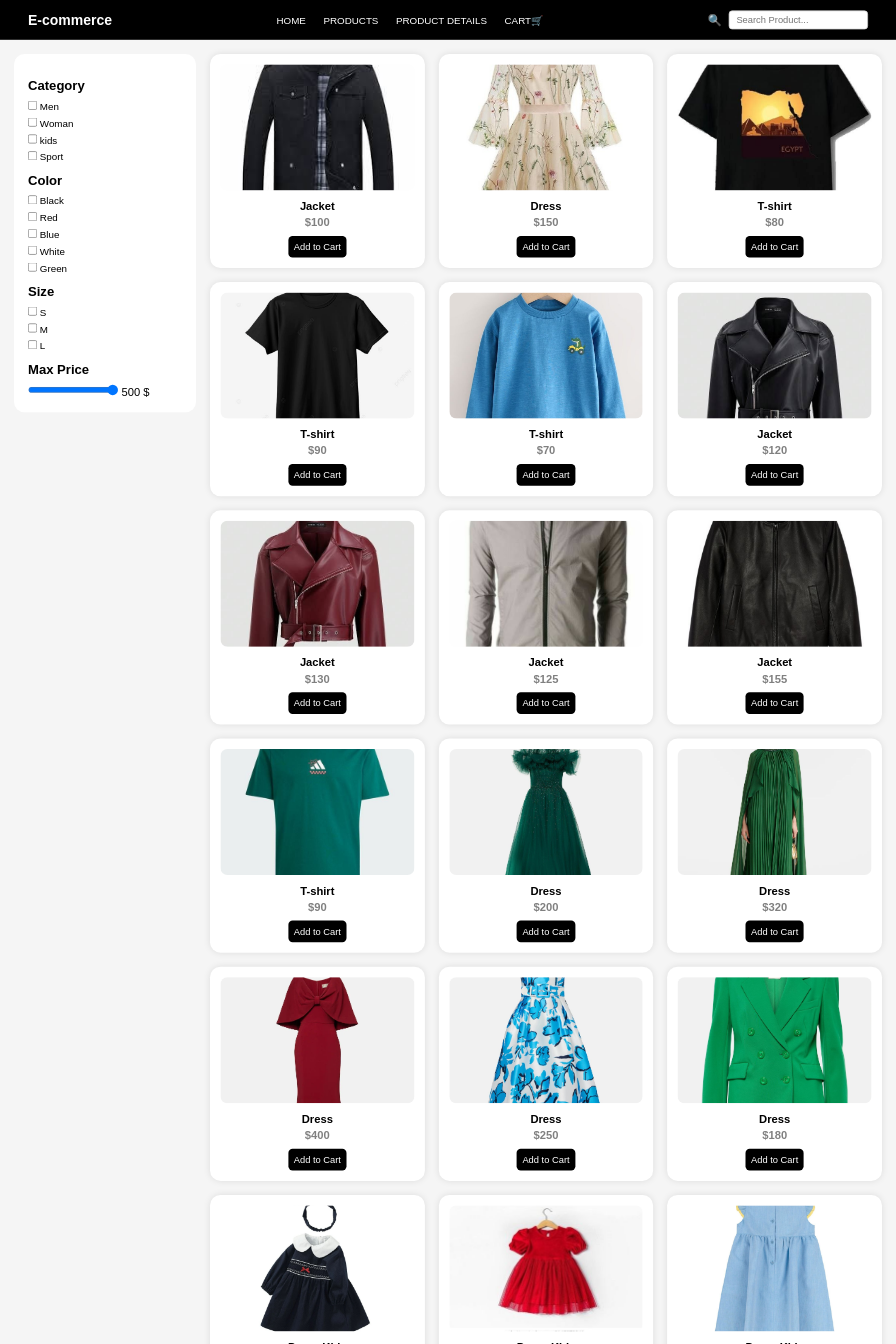
Repository: a-e-kasem/e-commerce
Page: ecommerce-front/pages/products.html
These files come from the project's save history. The page is drawn as it stood at one moment and after the next save; the edit follows.
The browser window is 1280 px wide. The pictures show the part of the page from y = 0 to 1920 px (the page is 2813 px tall before and 737 px after), at 70% of full size.

Above is the page before, as saved 2026-04-15 11:41:54.

After the next save:
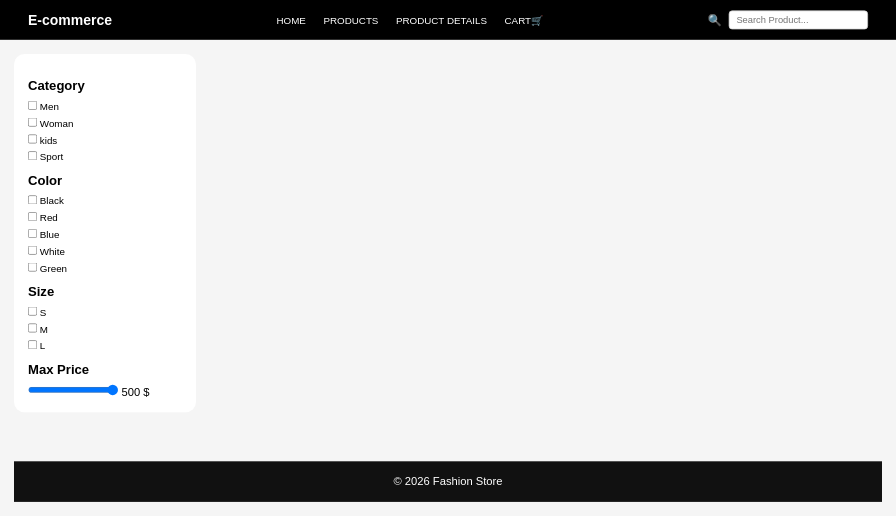
Not found: ecommerce-front/pages/js/main.js
Saved 25 s later.
--- a/ecommerce-front/pages/products.html
+++ b/ecommerce-front/pages/products.html
@@ -60,7 +60,7 @@
       <p>© 2026 Fashion Store</p>
     </footer>
 
-    <script src="../js/products.js"></script>
+    <script type="module" src="js/main.js"></script>
 
 
 </body>

After the save that followed:
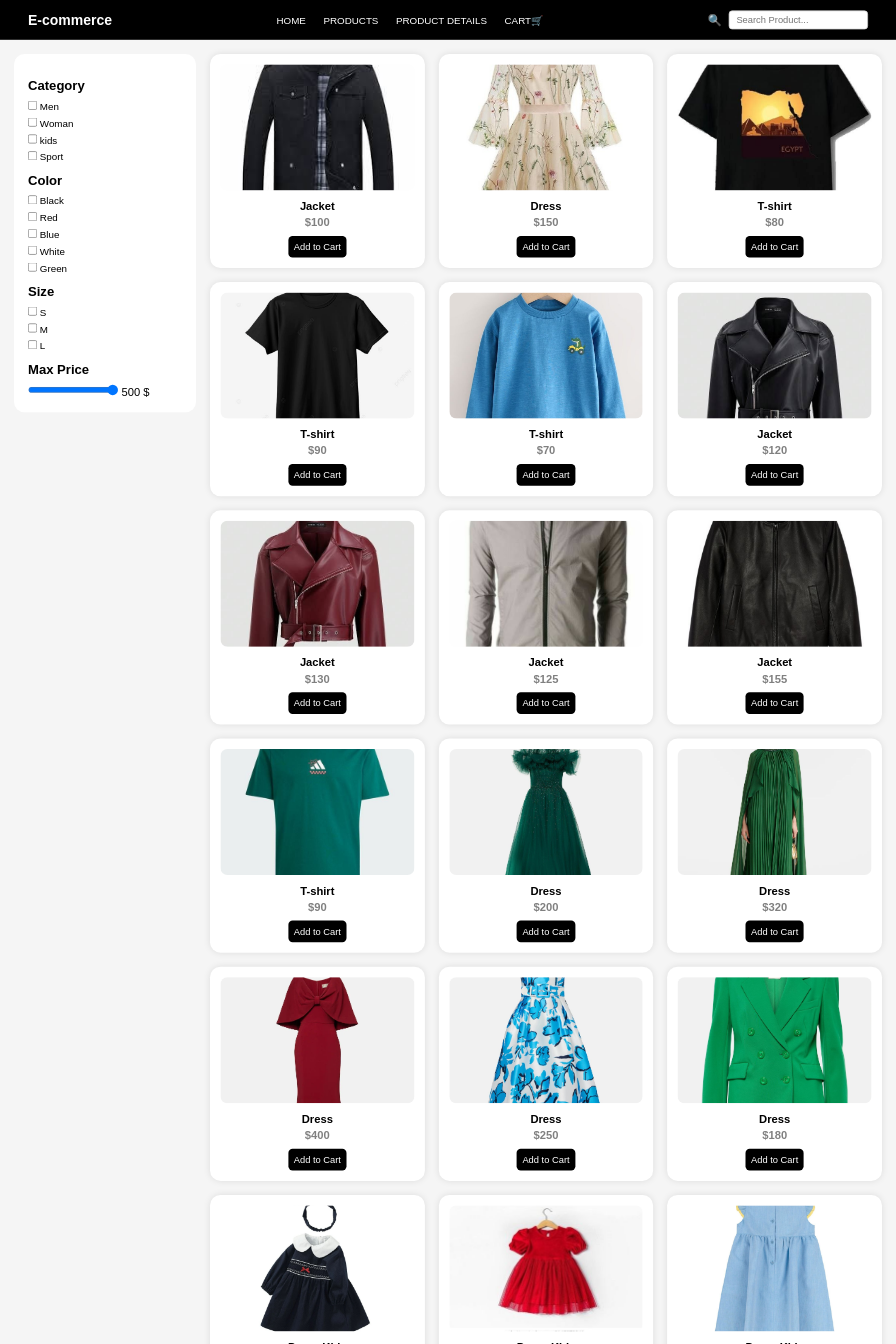
Saved 24 s later.
--- a/ecommerce-front/pages/products.html
+++ b/ecommerce-front/pages/products.html
@@ -60,7 +60,7 @@
       <p>© 2026 Fashion Store</p>
     </footer>
 
-    <script type="module" src="js/main.js"></script>
+    <script type="module" src="../js/main.js"></script>
 
 
 </body>
